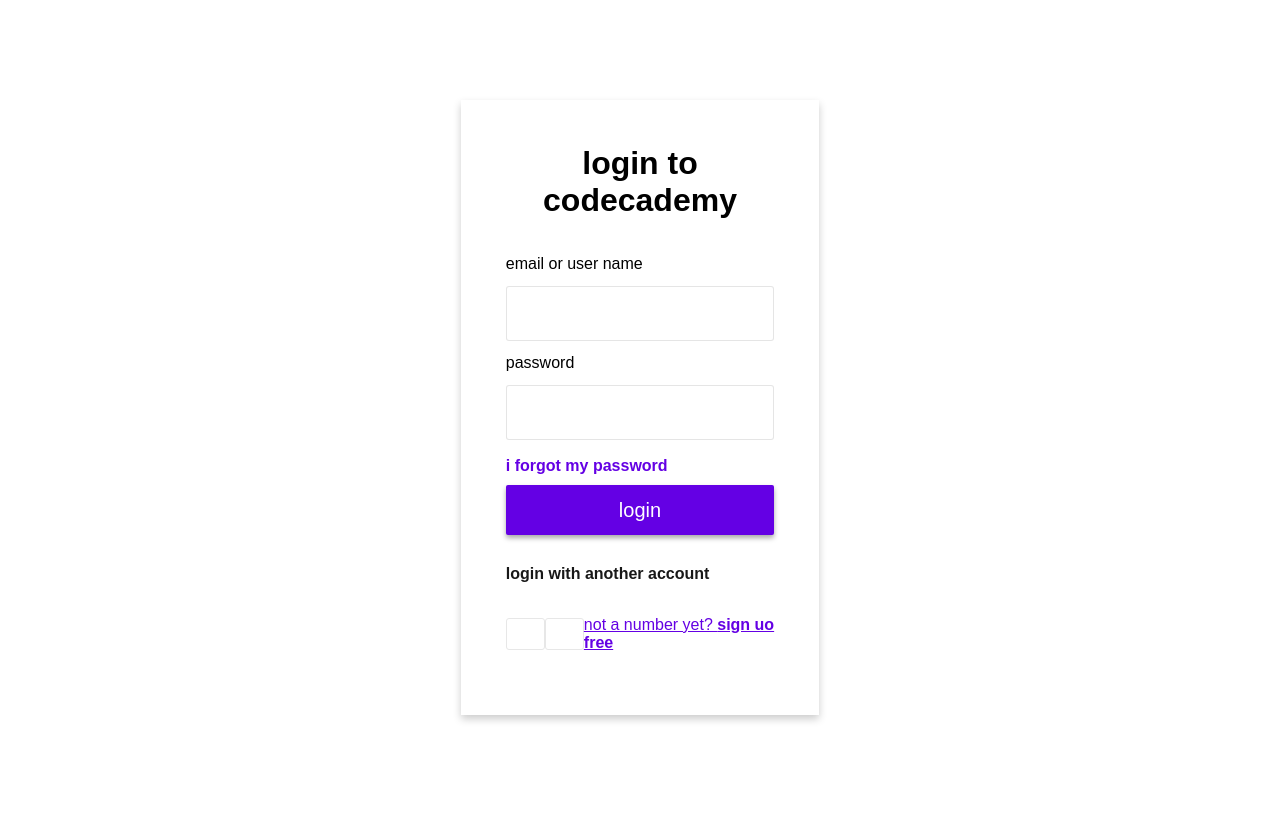
Repository: yadhukrishnanb/HtmlLoginPage.github.io
Page: index.html
The author's editor kept a copy of each file at every save. The page is drawn from the files as they stood at one save, then again after the next save.
The browser window is 1280 px wide. The pictures show the whole page.

Above is the page before, as saved 2024-02-12 12:08:27.
Not found: google-logo-history-png-2603.png
Not found: linkedin-logo-png-1853.png

After the next save:
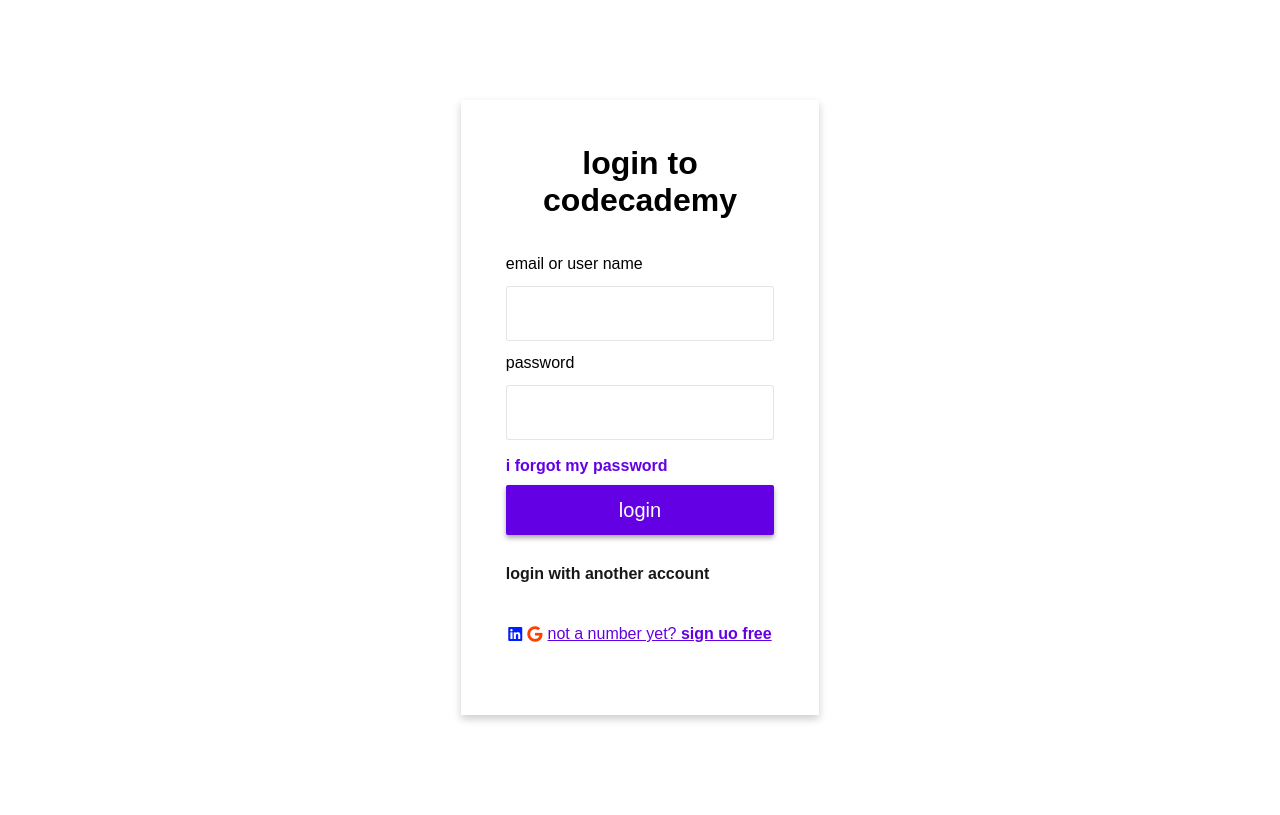
Saved 46 h 40 min later.
--- a/index.html
+++ b/index.html
@@ -5,7 +5,9 @@
       <meta charset="UTF-8">
       <meta name="viewport" content="width=device-width, initial-scale=1.0">
       <title>Document</title>
-      <div></div>
+      <link rel="stylesheet" href="https://cdnjs.cloudflare.com/ajax/libs/font-awesome/6.5.1/css/all.min.css"
+      integrity="sha512-DTOQO9RWCH3ppGqcWaEA1BIZOC6xxalwEsw9c2QQeAIftl+Vegovlnee1c9QX4TctnWMn13TZye+giMm8e2LwA=="
+      crossorigin="anonymous" referrerpolicy="no-referrer" />
       <style>
             * {
                   margin: 0;
@@ -174,8 +176,8 @@
             <div class="footer">
                   <h3>login with another account</h3>
                   <div class="images">
-                        <img src="linkedin-logo-png-1853.png" alt="">
-                        <img src="google-logo-history-png-2603.png" alt="">
+                        <i class="fa-brands fa-linkedin" style="color: #011ffe;"></i>
+                        <i class="fa-brands fa-google" style="color: #ff4000;"></i>
                         <a href="#">not a number yet? <strong>sign uo free</strong></a>
 
                   </div>
